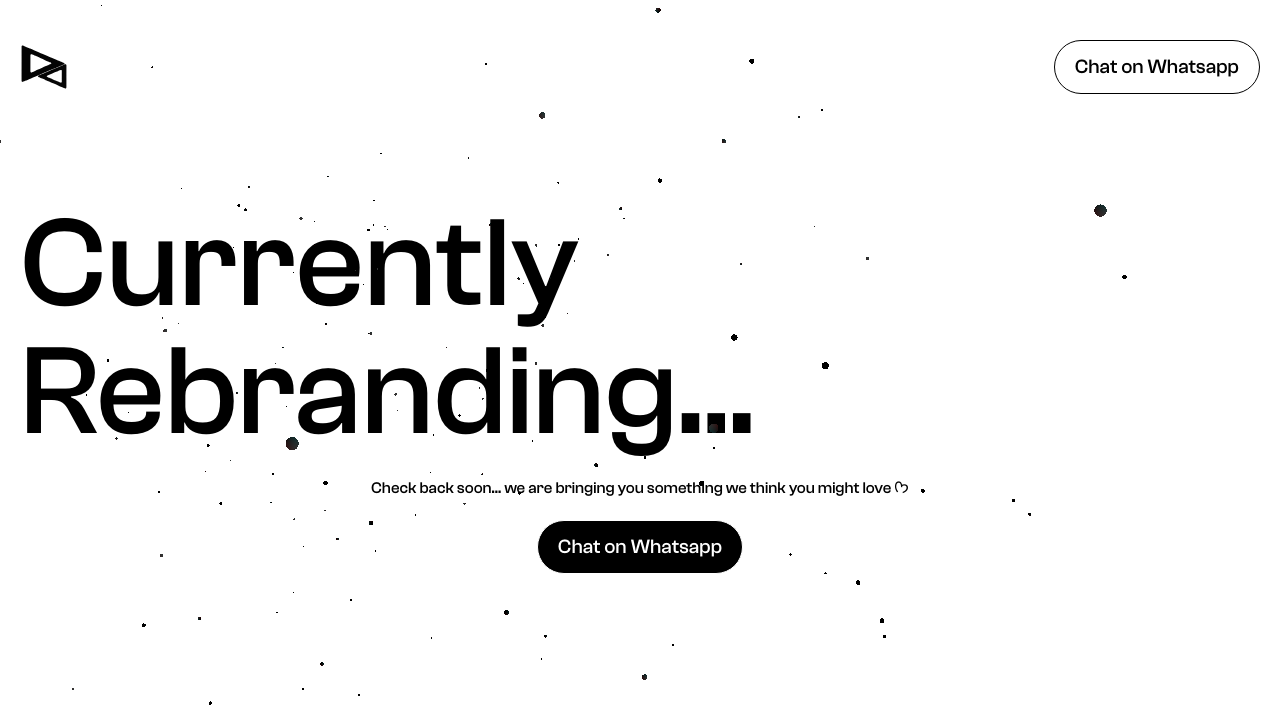
Repository: Cybugg/Nexxistudios-new
Page: /
These files come from the project's save history. The page is drawn as it stood at one moment and after a run of saves; the edit follows.
The browser window is 1280 px wide. The pictures show the whole page.
The project was rebuilt for these pictures with package versions that can differ from the ones it lists, and the page was loaded fresh each time. The framework's server and built-in components were replaced by stand-ins that run in the browser. Also part of the build but not shown: next.config.mjs.

Above is the page before, as saved 2025-09-06 17:46:24.

After the next 2 saves:
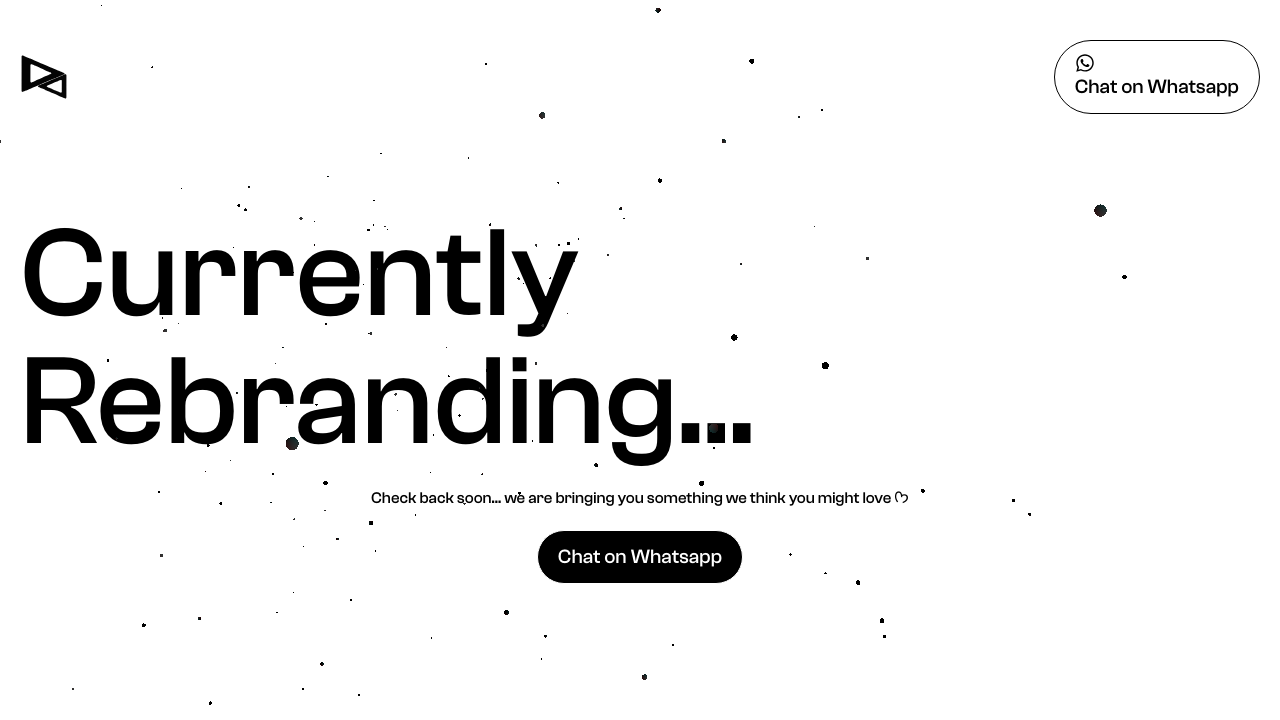
The 2 saves are shown as one change because they came seconds apart.
The last was saved 40 s later.
--- a/app/components/topNav.js
+++ b/app/components/topNav.js
@@ -14,7 +14,7 @@
 
       <Link href="https://wa.me/2349117169239?text=Hello%20I%20want%20a%20website%20or%20software%20for%20my%20business" target="_blank"
       rel="noopener noreferrer" className="py-3 px-5 text-xl z-80 rounded-full border cursor-pointer">
-Chat on Whatsapp
+<FaWhatsapp /> Chat on Whatsapp
       </Link>
 
   </div>
